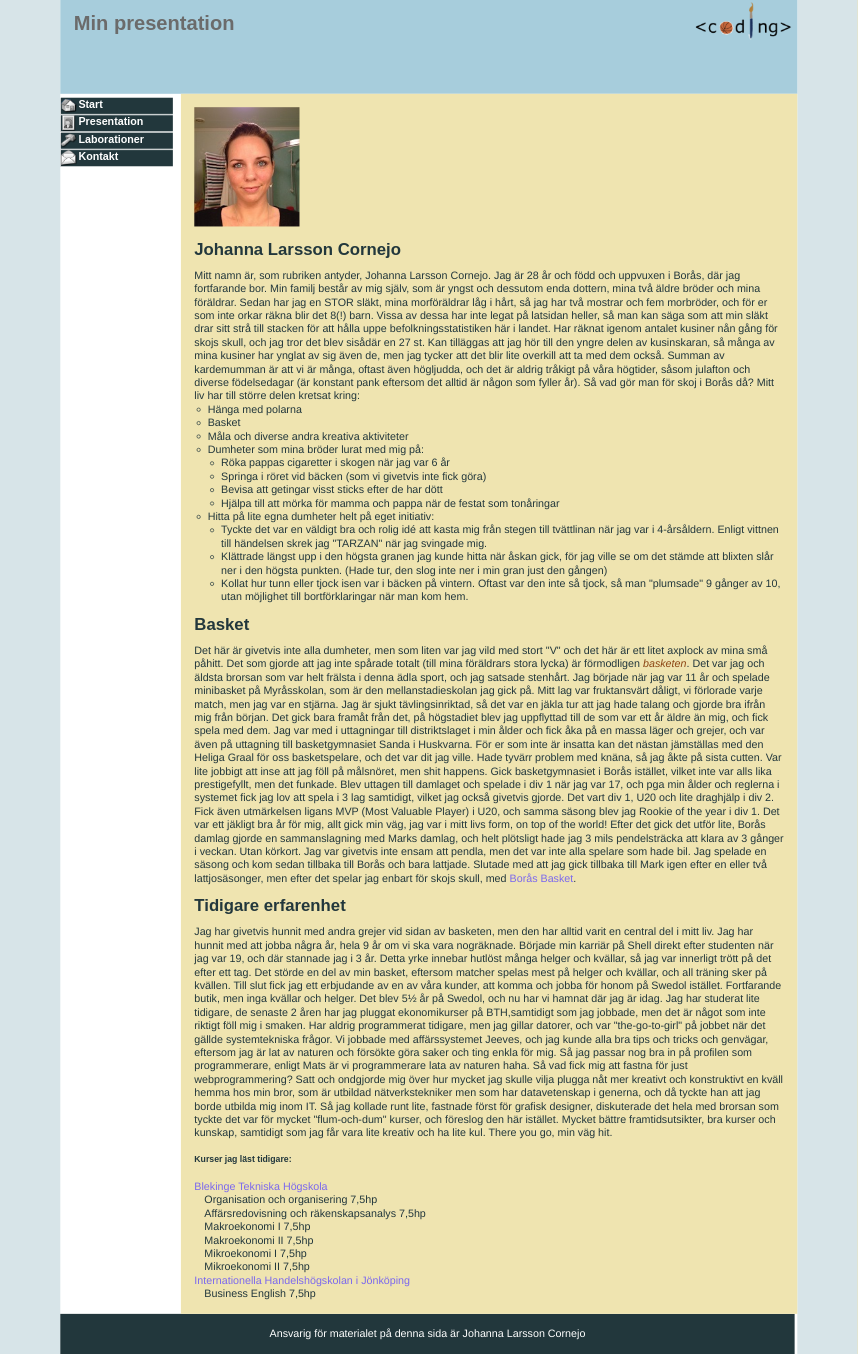
Repository: jc222fi/1ik415-laborationer
Page: pages/presentation.html
The author's editor kept a record of every edit. The page is drawn from the files as they stood at one moment, then again after the next edit.
The browser window is 1280 px wide. The pictures show the whole page, at 67% of full size.

Above is the page before.

### pages/presentation.html
<!doctype html>
<html>
    <head>
        <meta charset="utf-8" />
        <meta name="viewport" content="width=device-width, initial-scale=1.0" />
        <title>Presentation</title>
        <!-- Screen > 480px -->
        <link rel="stylesheet" media="screen and (min-width: 481px)" href="../css/style.css" />
        <!-- Smartphones <= 480px -->
        <link rel="stylesheet" media="only screen and (max-width: 480px)" href="../css/smartphone.css" />
        <link rel="stylesheet" media="print" href="../css/print.css" />
    </head>
    <body>
    <div id="container">
        <div id="header">
            <header>
                <h1 id="presentation">Min presentation</h1>
            </header>
        </div>
        <div id="nav">
            <ul>
                <li id="index"><a href="../index.html">Start</a></li>
                <li id="pres"><a href="#presentation" class="active">Presentation</a></li>
                <li id="lab"><a href="laborationer.html">Laborationer</a></li>
                <li id="kontakt"><a href="kontakt.html">Kontakt</a></li>
            </ul>
        </div>
    <div id="content">
        <img id="jag.jpg" src="../pics/jag.jpg" alt="Bild på Johanna" />
        <!-- inledande presentation-->
        <h2>Johanna Larsson Cornejo</h2>
        <p>Mitt namn är, som rubriken antyder, Johanna Larsson Cornejo.
        Jag är 28 år och född och uppvuxen i Borås, där jag fortfarande bor.
        Min familj består av mig själv, som är yngst och dessutom enda dottern,
        mina två äldre bröder och mina föräldrar. Sedan har jag en STOR släkt,
        mina morföräldrar låg i hårt, så jag har två mostrar och fem morbröder,
        och för er som inte orkar räkna blir det 8(!) barn. Vissa av dessa har
        inte legat på latsidan heller, så man kan säga som att min släkt drar
        sitt strå till stacken för att hålla uppe befolkningsstatistiken här i
        landet. Har räknat igenom antalet kusiner nån gång för skojs skull, och
        jag tror det blev sisådär en 27 st. Kan tilläggas att jag hör till den
        yngre delen av kusinskaran, så många av mina kusiner har ynglat av sig
        även de, men jag tycker att det blir lite overkill att ta med dem också.
        Summan av kardemumman är att vi är många, oftast även högljudda, och det är
        aldrig tråkigt på våra högtider, såsom julafton och diverse födelsedagar
        (är konstant pank eftersom det alltid är någon som fyller år). Så vad
        gör man för skoj i Borås då? Mitt liv har till större delen kretsat kring:
        </p>
        <ul>
            <li>Hänga med polarna</li>
            <li>Basket</li>
            <li>Måla och diverse andra kreativa aktiviteter</li>
            <li>Dumheter som mina bröder lurat med mig på:
                <ul>
                    <li>Röka pappas cigaretter i skogen när jag var 6 år</li>
                    <li>Springa i röret vid bäcken (som vi givetvis inte fick göra)</li>
                    <li>Bevisa att getingar visst sticks efter de har dött</li>
                    <li>Hjälpa till att mörka för mamma och pappa när de festat
                    som tonåringar</li>
                </ul>
            </li>
            <li>Hitta på lite egna dumheter helt på eget initiativ:
                <ul><li>Tyckte det var en väldigt bra och rolig idé att kasta mig
                    från stegen till tvättlinan när jag var i 4-årsåldern. Enligt
                    vittnen till händelsen skrek jag "TARZAN" när jag svingade mig.</li>
                    <li>Klättrade längst upp i den högsta granen jag kunde hitta när
                        åskan gick, för jag ville se om det stämde att blixten
                        slår ner i den högsta punkten. (Hade tur, den slog inte
                        ner i min gran just den gången)</li>
                    <li>Kollat hur tunn eller tjock isen var i bäcken på vintern.
                        Oftast var den inte så tjock, så man "plumsade" 9 gånger
                        av 10, utan möjlighet till bortförklaringar när man kom hem.</li>
                </ul>
            </li>
        </ul>
        <!-- mitt absolut största intresse-->
        <h2>Basket</h2>
        <p>Det här är givetvis inte alla dumheter, men som liten var jag vild med stort "V"
        och det här är ett litet axplock av mina små påhitt. Det som gjorde att jag inte spårade
        totalt (till mina föräldrars stora lycka) är förmodligen <em id="strong">basketen</em>.
        Det var jag och äldsta brorsan som var helt frälsta i denna ädla sport,
        och jag satsade stenhårt. Jag började när jag var 11 år och spelade minibasket
        på Myråsskolan, som är den mellanstadieskolan jag gick på. Mitt lag var
        fruktansvärt dåligt, vi förlorade varje match, men jag var en stjärna.
        Jag är sjukt tävlingsinriktad, så det var en jäkla tur att jag hade talang
        och gjorde bra ifrån mig från början. Det gick bara framåt från det, på
        högstadiet blev jag uppflyttad till de som var ett år äldre än mig, och
        fick spela med dem. Jag var med i uttagningar till distriktslaget i min
        ålder och fick åka på en massa läger och grejer, och var även på uttagning
        till basketgymnasiet Sanda i Huskvarna. För er som inte är insatta kan
        det nästan jämställas med den Heliga Graal för oss basketspelare, och det
        var dit jag ville. Hade tyvärr problem med knäna, så jag åkte på sista cutten.
        Var lite jobbigt att inse att jag föll på målsnöret, men shit happens.
        Gick basketgymnasiet i Borås istället, vilket inte var alls lika prestigefyllt,
        men det funkade. Blev uttagen till damlaget och spelade i div 1 när jag var 17, och pga
        min ålder och reglerna i systemet fick jag lov att spela i 3 lag samtidigt, vilket jag
        också givetvis gjorde. Det vart div 1, U20 och lite draghjälp i div 2.
        Fick även utmärkelsen ligans MVP (Most Valuable Player) i U20, och
        samma säsong blev jag Rookie of the year i div 1. Det var ett jäkligt bra år för mig,
        allt gick min väg, jag var i mitt livs form, on top of the world! Efter det gick det
        utför lite, Borås damlag gjorde en sammanslagning med Marks damlag, och helt plötsligt
        hade jag 3 mils pendelsträcka att klara av 3 gånger i veckan. Utan körkort.
        Jag var givetvis inte ensam att pendla, men det var inte alla spelare som hade bil.
        Jag spelade en säsong och kom sedan tillbaka till Borås och bara lattjade.
        Slutade med att jag gick tillbaka till Mark igen efter en eller två lattjosäsonger,
        men efter det spelar jag enbart för skojs skull, med <a href="http://borasbasket.se/">Borås Basket</a>.
        </p>

        <h2>Tidigare erfarenhet</h2>
        <p>Jag har givetvis hunnit med andra grejer vid sidan av basketen, men den har alltid
        varit en central del i mitt liv. Jag har hunnit med att jobba några år, hela 9 år
        om vi ska vara nogräknade. Började min karriär på Shell direkt efter studenten när jag
        var 19, och där stannade jag i 3 år. Detta yrke innebar hutlöst många helger och kvällar,
        så jag var innerligt trött på det efter ett tag. Det störde en del av min basket,
        eftersom matcher spelas mest på helger och kvällar, och all träning sker på kvällen.
        Till slut fick jag ett erbjudande av en av våra kunder, att komma och jobba för honom
        på Swedol istället. Fortfarande butik, men inga kvällar och helger. Det blev 5½ år på
        Swedol, och nu har vi hamnat där jag är idag. Jag har studerat lite tidigare, de senaste
        2 åren har jag pluggat ekonomikurser på BTH,samtidigt som jag jobbade, men det är något
        som inte riktigt föll mig i smaken. Har aldrig programmerat tidigare, men jag gillar
        datorer, och var "the-go-to-girl" på jobbet när det gällde systemtekniska frågor. Vi
        jobbade med affärssystemet Jeeves, och jag kunde alla bra tips och tricks och genvägar,
        eftersom jag är lat av naturen och försökte göra saker och ting enkla för mig. Så jag
        passar nog bra in på profilen som programmerare, enligt Mats är vi programmerare lata av
        naturen haha. Så vad fick mig att fastna för just webprogrammering? Satt och ondgjorde
        mig över hur mycket jag skulle vilja plugga nåt mer kreativt och konstruktivt en kväll
        hemma hos min bror, som är utbildad nätverkstekniker men som har datavetenskap i generna,
        och då tyckte han att jag borde utbilda mig inom IT. Så jag kollade runt lite, fastnade
        först för grafisk designer, diskuterade det hela med brorsan som tyckte det var för
        mycket "flum-och-dum" kurser, och föreslog den här istället. Mycket bättre framtidsutsikter,
        bra kurser och kunskap, samtidigt som jag får vara lite kreativ och ha lite kul.
        There you go, min väg hit.
        </p>
        <h4>Kurser jag läst tidigare: </h4>
        <dl>
                <dt><a href="http://www.bth.se/">Blekinge Tekniska Högskola</a></dt>
                    <dd>Organisation och organisering 7,5hp</dd>
                    <dd>Affärsredovisning och räkenskapsanalys 7,5hp</dd>
                    <dd>Makroekonomi I 7,5hp</dd>
                    <dd>Makroekonomi II 7,5hp</dd>
                    <dd>Mikroekonomi I 7,5hp</dd>
                    <dd>Mikroekonomi II 7,5hp</dd>
                <dt><a href="http://hj.se/jibs.html">Internationella Handelshögskolan i Jönköping</a></dt>
                    <dd>Business English 7,5hp</dd>
        </dl>
    </div>
        <div id="footer">
            <footer>
                <p>Ansvarig för materialet på denna sida är Johanna Larsson Cornejo</p>
            </footer>
        </div>
    </div>
    </body>
</html>

### css/style.css
/* http://meyerweb.com/eric/tools/css/reset/
   v2.0 | 20110126
   License: none (public domain)
*/

html, body, div, span, applet, object, iframe,
h1, h2, h3, h4, h5, h6, p, blockquote, pre,
a, abbr, acronym, address, big, cite, code,
del, dfn, em, img, ins, kbd, q, s, samp,
small, strike, strong, sub, sup, tt, var,
b, u, i, center,
dl, dt, dd, ol, ul, li,
fieldset, form, label, legend,
table, caption, tbody, tfoot, thead, tr, th, td,
article, aside, canvas, details, embed,
figure, figcaption, footer, header, hgroup,
menu, nav, output, ruby, section, summary,
time, mark, audio, video {
	margin: 0;
	padding: 0;
	border: 0;
	font-size: 100%;
	font: inherit;
	vertical-align: baseline;
}/*Layout*/
#container{
   max-width:100%;
	width:1100px;
	margin:0 auto;
}
#header{
	height:100px;
}
#nav{
   float:left;
   max-width:18%;
   width:168px;
	margin-top:5px;
}
#content{
	float:right;
	max-width:80%;
	width:920px;
}
#footer{
	clear:both;
	max-width:96%;
	width:1100px;
	padding:20px;
}

/*
Background body:#D7E4E8
Background container: #FFFFFF
Background header: #A7CDDC
Background nav: #381B43
Background content: #EFE4B0
Background footer:#22373C
Text colour: #22373C
*/

body{
	background-color:#D7E4E8;

}
#container{
	background-color:#FFFFFF;
}
#header{
	background-color:#A7CDDC;
	color:#6B6B6B;
	background-image:url("pics/logo.png");
	background-position:right top;
	background-repeat:no-repeat;
	font-family:Arial, Gadget, sans-serif;
	font-size:30px;
	font-weight:bolder;
	padding:20px;
}

	/*h1{
		color:#6B6B6B;
		font-family:Arial, Gadget, sans-serif;
		font-size:30px;
		font-weight:bolder;
		padding-bottom:20px;
	}*/
#nav{
	background-color:#22373C;
}
	#nav a{
		display:block;
		width:168px;
		height:24px;
		border:1px solid white;
		background-image:url(pics/sprite.png);
		background-repeat:no-repeat;
		text-indent:26px;
		color:white;
	}
	#index a:link{background-position:0 -48px;text-decoration:none;}
	#index a:hover{background-position:0 0;background-color:white;text-decoration:underline;color:black;}
	#index a.active{background-position:0 0;background-color:white;text-decoration:underline;color:black;}

	#pres a:link{background-position:0 -240px;text-decoration:none;}
	#pres a:hover{background-position:0 -192px;background-color:white;text-decoration:underline;color:black;}

	#lab a:link{background-position:0 -144px;text-decoration:none;}
	#lab a:hover{background-position:0 -96px;background-color:white;text-decoration:underline;color:black;}

	#kontakt a:link{background-position:0 -336px;text-decoration:none;}
	#kontakt a:hover{background-position:0 -288px;background-color:white;text-decoration:underline;color:black;}
	#nav li{
		font-family:Arial, Gadget, sans-serif;
		font-weight:bolder;
	}
		/*Länkar i menyn*/
		/*#nav a:link{background-color:#381B43; text-decoration:none;}
		#nav a:visited{background-color:#7F7F7F;text-decoration:none;}
		#nav a:focus{background-color:white;text-decoration:underline;color:black;}
		#nav a:hover{background-color:white;text-decoration:underline;color:black;}
		#nav a.active{background-color:#22373C;text-decoration:none;}
		#nav li{
		   font-family:Arial, Gadget, sans-serif;
			font-weight:bolder;
		}*/

#content{
	padding:20px;
	background-color:#EFE4B0;
	color:#22373C;
}
	/*Text och stil på mina rubriker*/
	h2, h3, h4, legend{
		font-family:Arial, Gadget, sans-serif;
		font-weight:bold;
		line-height:60px;
	}
		h2{
			font-size:25px;
		}
		h3, h4{
			font-size:small;
		}
	/*Mer övergripande text och stil*/
	#strong, p, li, table, dl, form{
		font-family:Helvetica, Verdana, sans-serif;
		line-height:20px;
	}
	p p{
		margin-top:50px;
	}
	img, video{
		max-width:100%;
	}
	img.right, video.right{
		float:right;
	}
	#strong{
		font-style:italic;
	}
	/*Överskrift och signatur på mina blogginlägg*/
	.post, p em{
		font-family:"Comic Sans MS", cursive, sans-serif;
	}
		/*Bild lånad från http://www.skolbilder.com/Malarbild-blaeckpenna-i19373.html som uttryckligen
		säger att samtliga bilder får användas i privat, edukativt, icke-kommersiellt syfte*/
		#content h2.post{
			background-image:url("pics/bleckpenna.png");
			background-position:left top;
			background-repeat:no-repeat;
			text-indent:50px;
		}
	/*Signatur på mina blogginlägg*/
	p em{
		font-style:italic;
		color:#8B4513;
	}
	/*Tabell*/
	table, th, td{
		border:1px solid #22373C;
		padding:3px;
	}
	thead, tfoot{
		font-family:Arial, Gadget, sans-serif;
		font-weight:bold;
		line-height:25px;
		text-align:center;
	}
		tr:nth-of-type(odd){
			background-color:#22373C;
			color:white;
		}
		tr:nth-of-type(even){
			background-color:white;
		}
	/*Övriga länkar som inte är del av menyn*/
	#content a:link{color:#7B68EE; text-decoration:none;}
	#content a:visited{color:#8B0000; text-decoration:none;}
	#content a:focus{color:#778899; text-decoration:underline;}
	#content a:hover{color:#778899; text-decoration:underline;}
	#content a:active{color:white; text-decoration:none;}
	/*Formulär*/
	fieldset{
		border:1px solid #22373C;
		padding:10px;
		width:600px;
	}
	legend{
		padding:2px;
	}
	.label{
   	display: inline-block;
   	width: 170px;
   	text-align: left;
   	margin-right: 10px;
	}
	/*Listor exklusive menyn*/
	#content ul li{
		margin-left:20px;
		list-style-type:circle;
	}
	#content dd{
		text-indent:15px;
	}
	#content .laborationer{
		list-style-type:none;
	}
	ol li{
		margin-left:15px;
		list-style-type:decimal;
	}

#footer{
	background-color:#22373C;
	color:#FFFFFF;
	text-align:center;
}


/* HTML5 display-role reset for older browsers */
article, aside, details, figcaption, figure,
footer, header, hgroup, menu, nav, section {
	display: block;
}
body {
	line-height: 1;
}
ol, ul {
	list-style: none;
}
blockquote, q {
	quotes: none;
}
blockquote:before, blockquote:after,
q:before, q:after {
	content: '';
	content: none;
}
table {
	border-collapse: collapse;
	border-spacing: 0;
}

### css/smartphone.css
/*Layout*/
div{
    display:block;
}
#container{
    max-width:100%;
	width:320px;
	margin:5px auto;
}
#header{
	height:100px;
}
#nav{
    max-width:100%;
    width:320px;
	margin-top:5px;
}
#content{
	max-width:100%;
	width:280px;
	margin-top:5px;
}
#footer{
	clear:both;
	max-width:96%;
	width:320px;
	padding:10px;
}

/*
Background body:#D7E4E8
Background container: #FFFFFF
Background header: #A7CDDC
Background nav: #381B43
Background content: #EFE4B0
Background footer:#22373C
Text colour: #22373C
*/

body{
	background-color:#D7E4E8;

}
#container{
	background-color:#FFFFFF;
}
#header{
	background-color:#A7CDDC;
	color:#6B6B6B;
	background-image:url("pics/logo.png");
	background-position:center top;
	background-repeat:no-repeat;
	font-family:Arial, Gadget, sans-serif;
	font-size:10px;
	font-weight:bolder;
	padding:20px;
}
    #header h1{
        margin-top:40px;
    }
#nav{
	background-color:#22373C;
}
	#nav ul{
	    list-style-type:none;
	}
	#nav a{
	    display:block;
		width:318px;
		border:1px solid white;
		margin-left:-40px;
		color:white;
	}
	#nav a:link{background-color:#381B43; text-decoration:none;}
	#nav a:visited{background-color:#7F7F7F;text-decoration:none;}
	#nav a:focus{background-color:white;text-decoration:underline;color:black;}
	#nav a:hover{background-color:white;text-decoration:underline;color:black;}
	#nav a.active{background-color:#22373C;text-decoration:none;color:white;}
	#nav li{
	    font-family:Arial, Gadget, sans-serif;
		font-weight:bolder;
	}
#content{
	padding:20px;
	background-color:#EFE4B0;
	color:#22373C;
}
	/*Text och stil på mina rubriker*/
	h2, h3, h4, legend{
		font-family:Arial, Gadget, sans-serif;
		font-weight:bold;
		line-height:30px;
	}
		h2{
			font-size:25px;
		}
		h3, h4{
			font-size:small;
		}
	/*Mer övergripande text och stil*/
	#strong, p, li, table, dl, form{
		font-family:Helvetica, Verdana, sans-serif;
		line-height:20px;
	}
	img, video{
		max-width:100%;
	}
	#strong{
		font-style:italic;
	}
	/*Överskrift och signatur på mina blogginlägg*/
	.post, p em{
		font-family:"Comic Sans MS", cursive, sans-serif;
	}

	/*Signatur på mina blogginlägg*/
	p em{
		font-style:italic;
		color:#8B4513;
	}
	/*Tabell*/
	table, th, td{
		border:1px solid #22373C;
		padding:3px;
	}
	thead, tfoot{
		font-family:Arial, Gadget, sans-serif;
		font-weight:bold;
		line-height:25px;
		text-align:center;
	}
		tr:nth-of-type(odd){
			background-color:#22373C;
			color:white;
		}
		tr:nth-of-type(even){
			background-color:white;
		}

Loaded but not shown: css/print.css (no copy from this time; the picture is the same without it)

After the next edit:
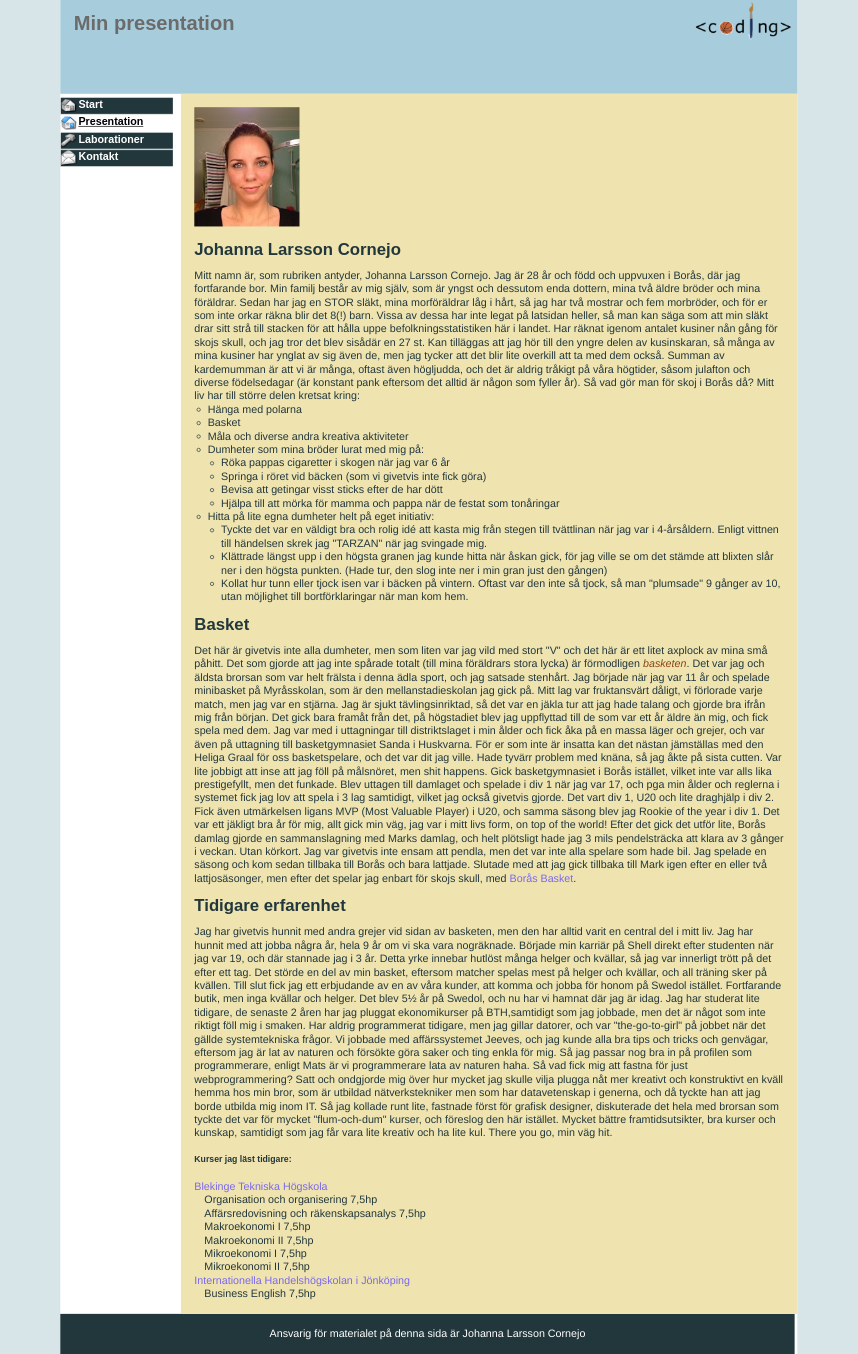
The edit:
--- a/css/style.css
+++ b/css/style.css
@@ -104,6 +104,7 @@
 
 	#pres a:link{background-position:0 -240px;text-decoration:none;}
 	#pres a:hover{background-position:0 -192px;background-color:white;text-decoration:underline;color:black;}
+	#pres a.active{background-position:0 0;background-color:white;text-decoration:underline;color:black;}
 
 	#lab a:link{background-position:0 -144px;text-decoration:none;}
 	#lab a:hover{background-position:0 -96px;background-color:white;text-decoration:underline;color:black;}
